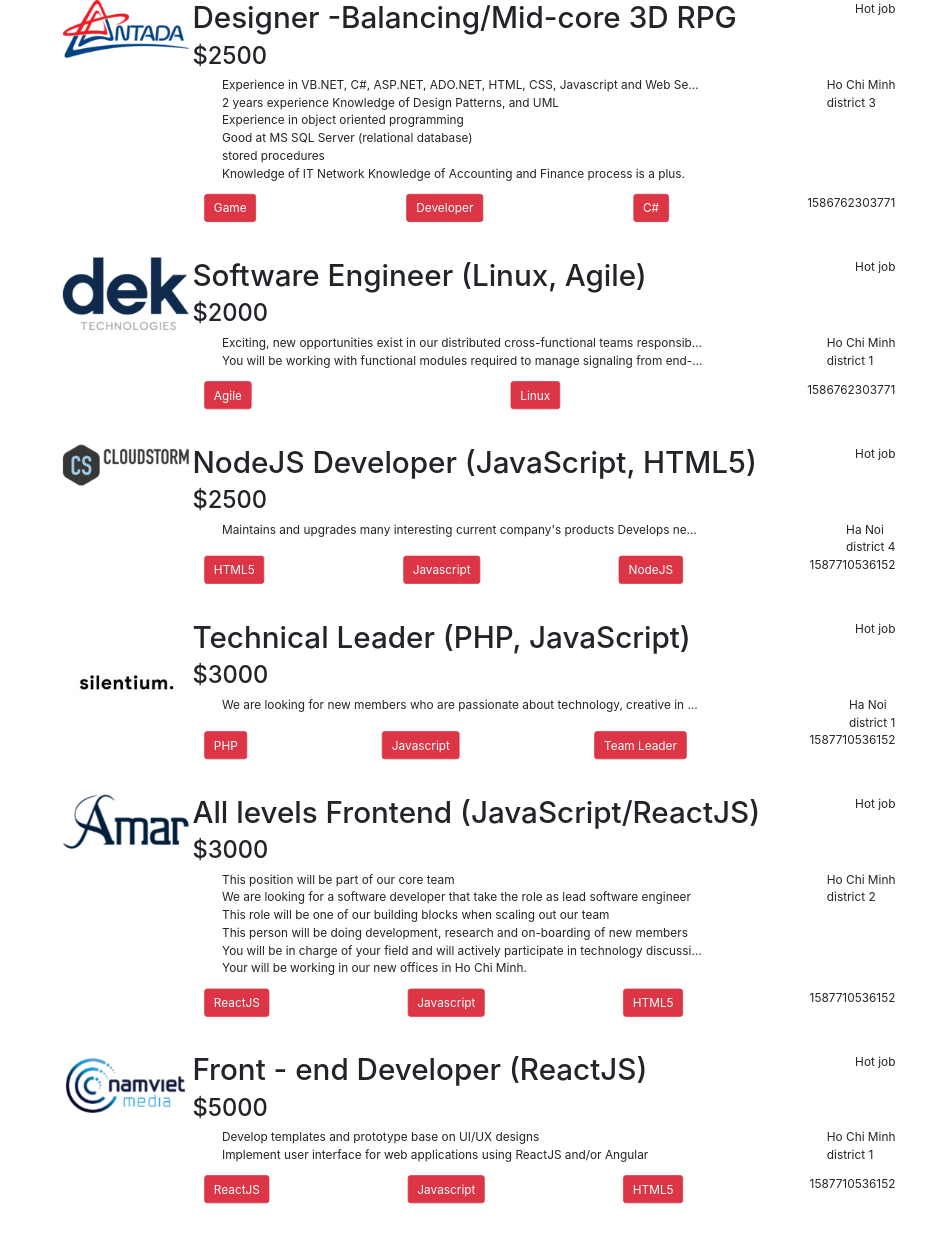
Repository: tts2610/itviec-clone
Page: /
These files come from the project's save history. The page is drawn as it stood at one moment and after the next save; the edit follows.
The browser window is 1280 px wide. The pictures show the whole page, at 74% of full size.
The project was rebuilt for these pictures with package versions that can differ from the ones it lists, and the page was loaded fresh each time. Requests to the local data server were answered from the project's data file. Also part of the build but not shown: src/pages/Login.js, src/pages/Detail.js.

Above is the page before, as saved 2020-06-08 15:35:39.

### public/index.html
<!DOCTYPE html>
<html lang="en">

<head>
    <meta charset="utf-8" />
    <link rel="icon" href="%PUBLIC_URL%/favicon.ico" />
    <meta name="viewport" content="width=device-width, initial-scale=1" />
    <meta name="theme-color" content="#000000" />
    <meta name="description" content="Web site created using create-react-app" />
    <link rel="apple-touch-icon" href="%PUBLIC_URL%/logo192.png" />
    <!--
      manifest.json provides metadata used when your web app is installed on a
      user's mobile device or desktop. See https://developers.google.com/web/fundamentals/web-app-manifest/
    -->
    <link rel="manifest" href="%PUBLIC_URL%/manifest.json" />
    <!--
      Notice the use of %PUBLIC_URL% in the tags above.
      It will be replaced with the URL of the `public` folder during the build.
      Only files inside the `public` folder can be referenced from the HTML.

      Unlike "/favicon.ico" or "favicon.ico", "%PUBLIC_URL%/favicon.ico" will
      work correctly both with client-side routing and a non-root public URL.
      Learn how to configure a non-root public URL by running `npm run build`.
    -->
    <title>React App</title>
    <link rel="stylesheet" crossorigin="anonymous" href="https://maxcdn.bootstrapcdn.com/bootstrap/4.3.1/css/bootstrap.min.css" integrity="sha384-ggOyR0iXCbMQv3Xipma34MD+dH/1fQ784/j6cY/iJTQUOhcWr7x9JvoRxT2MZw1T" />
</head>

<body>
    <noscript>You need to enable JavaScript to run this app.</noscript>
    <div id="root"></div>
    <!--
      This HTML file is a template.
      If you open it directly in the browser, you will see an empty page.

      You can add webfonts, meta tags, or analytics to this file.
      The build step will place the bundled scripts into the <body> tag.

      To begin the development, run `npm start` or `yarn start`.
      To create a production bundle, use `npm run build` or `yarn build`.
    -->
</body>

</html>

### src/App.js
import React, { useState } from "react";
import logo from "./logo.svg";
import "./App.css";
import "bootstrap/dist/css/bootstrap.min.css";
import { Switch, Route, Redirect } from "react-router-dom";
import Jobs from "./pages/Jobs";
import Login from "./pages/Login";
import Detail from "./pages/Detail";

function App() {
  const [user, setUser] = useState(true);
  const ProtectedRoute = (props) => {
    if (user === true) {
      return <Route {...props} />;
    } else {
      return <Redirect to="/login" />;
    }
  };
  return (
    <div>
      <Switch>
        <ProtectedRoute
          path="/jobs/:id"
          render={(props) => <Detail {...props} />}
          // component={Detail}
        />
        <Route path="/jobs/:id" component={Detail} />
        <Route path="/jobs" component={Jobs} />
        <Route path="/login" component={Login} />
        <Route path="/" component={Jobs} />
      </Switch>
    </div>
  );
}

export default App;

### src/App.css
.App {
    text-align: center;
}

.App-logo {
    height: 40vmin;
    pointer-events: none;
}

@media (prefers-reduced-motion: no-preference) {
    .App-logo {
        animation: App-logo-spin infinite 20s linear;
    }
}

.App-header {
    background-color: #282c34;
    min-height: 100vh;
    display: flex;
    flex-direction: column;
    align-items: center;
    justify-content: center;
    font-size: calc(10px + 2vmin);
    color: white;
}

.App-link {
    color: #61dafb;
}

@keyframes App-logo-spin {
    from {
        transform: rotate(0deg);
    }
    to {
        transform: rotate(360deg);
    }
}

.desRow div ul li {
    display: block;
    white-space: nowrap;
    width: 650px;
    overflow: hidden;
    text-overflow: ellipsis;
}

### src/pages/Jobs.js
import React, { Component } from "react";
import axios from "axios";
import { Row, Col, Button, Container } from "react-bootstrap";

export default class Jobs extends Component {
  state = {
    jobList: [],
  };
  componentDidMount() {
    axios.get("http://localhost:3001/jobs/").then((res) => {
      const jobs = res.data;
      this.setState({ jobList: jobs });
    });
  }
  render() {
    return (
      <div>
        <Container>
          {this.state.jobList.map((job, index) => {
            return (
              <Row key={index} className="mb-5">
                <Col sm={2}>
                  <img src={process.env.PUBLIC_URL + `${job.img}`} alt="" />
                </Col>
                <Col sm={10}>
                  <Row style={{ justifyContent: "space-between" }}>
                    <h1>{job.title}</h1>
                    <div>Hot job</div>
                  </Row>
                  <Row>
                    <h2>${job.salary}</h2>
                  </Row>
                  <Row
                    className="desRow"
                    style={{ justifyContent: "space-between" }}
                  >
                    <div>
                      <ul>
                        {job.description.split(". ").map((des, index) => {
                          return <li key={index}>{des}</li>;
                        })}
                      </ul>
                    </div>

                    <div>
                      <div>{job.city}</div>
                      <div>district {job.district}</div>
                    </div>
                  </Row>
                  <Row style={{ justifyContent: "space-between" }}>
                    {job.tags.map((tag, index) => (
                      <Button className="ml-3" key={index} variant="danger">
                        {tag}
                      </Button>
                    ))}
                    <div>{job.time}</div>
                  </Row>
                </Col>
              </Row>
            );
          })}
        </Container>
      </div>
    );
  }
}

### db.json
{
  "jobs": [
    {
      "id": 0,
      "img": "/images/Logo1.png",
      "title": "Designer -Balancing/Mid-core 3D RPG",
      "salary": "2500",
      "city": "Ho Chi Minh",
      "district": "3",
      "time": 1586762303771,
      "tags": [
        "Game",
        "Developer",
        "C#"
      ],
      "isHotjob":true,
      "benefits": [
        "Walfare",
        "Multiple game genres",
        "Promotion opportunities"
      ],
      "description": "Experience in VB.NET, C#, ASP.NET, ADO.NET, HTML, CSS, Javascript and Web Service. 2 years experience Knowledge of Design Patterns, and UML. Experience in object oriented programming. Good at MS SQL Server (relational database). stored procedures. Knowledge of IT Network Knowledge of Accounting and Finance process is a plus."
    },
    {
      "id": 1,
      "img": "/images/Logo2.png",
      "title": "Software Engineer (Linux, Agile)",
      "salary": 2000,
      "city": "Ho Chi Minh",
      "district": 1,
      "time": 1586762303771,
      "tags": [
        "Agile",
        "Linux"
      ],
      "isHotjob":false,
      "benefits": [
        "Attractive and competitive salary",
        "Training/work overseas",
        "Open and honest culture"
      ],
      "description": "Exciting, new opportunities exist in our distributed cross-functional teams responsible for a large-scale system from a world-leading company. You will be working with functional modules required to manage signaling from end-user equipment, allocating application servers, establishing emergency connections, protecting core network, securing and controlling communication with other networks"
    },
    {
      "id": 2,
      "img": "/images/Logo3.png",
      "title": "NodeJS Developer (JavaScript, HTML5)",
      "salary": 2500,
      "city": "Ha Noi",
      "district": 4,
      "time": 1587710536152,
      "tags": [
        "HTML5",
        "Javascript",
        "NodeJS"
      ],
      "isHotjob":true,
      "benefits": [
        "Salary up to $2500",
        "Awesome working environment",
        "Amazing products and people"
      ],
      "description": "Maintains and upgrades many interesting current company's products Develops new company's products on demand Cooperates with back-end development and QA"
    },
    {
      "id": 3,
      "img": "/images/Logo4.png",
      "title": "Technical Leader (PHP, JavaScript)",
      "salary": 3000,
      "city": "Ha Noi",
      "district": 1,
      "time": 1587710536152,
      "tags": [
        "PHP",
        "Javascript",
        "Team Leader"
      ],
      "isHotjob":true,
      "benefits": [
        "Working with Japanese experts",
        "15 annual leave days",
        "Trained in technical skills"
      ],
      "description": "We are looking for new members who are passionate about technology, creative in solving problems, and desire to develop the best products for the end"
    },
    {
      "id": 4,
      "img": "/images/Logo5.png",
      "title": "All levels Frontend (JavaScript/ReactJS)",
      "salary": 3000,
      "city": "Ho Chi Minh",
      "district": 2,
      "time": 1587710536152,
      "tags": [
        "ReactJS",
        "Javascript",
        "HTML5"
      ],
      "isHotjob":false,
      "benefits": [
        "Training Program",
        "Premium healthcare",
        "On-site short/long-term in US"
      ],
      "description": "This position will be part of our core team. We are looking for a software developer that  take the role as lead software engineer. This role will be one of our building blocks when scaling out our team. This person will be doing development, research and on-boarding of new members. You will be in charge of your field and will actively participate in technology discussions in various projects. Your will be working in our new offices in Ho Chi Minh."
    },
    {
      "id": 5,
      "img": "/images/Logo6.png",
      "title": "Front - end Developer (ReactJS)",
      "salary": 5000,
      "city": "Ho Chi Minh",
      "district": 1,
      "time": 1587710536152,
      "tags": [
        "ReactJS",
        "Javascript",
        "HTML5"
      ],
      "isHotjob":true,
      "benefits": [
        "Ownership and growth",
        "Attractive Stock Options",
        "On-site short/long-term in US"
      ],
      "description": "Develop templates and prototype base on UI/UX designs. Implement user interface for web applications using ReactJS and/or Angular"
    }
  ]
}

Loaded but not shown: src/index.js (common file); src/index.css (common file); src/serviceWorker.js (common file)

After the next save:
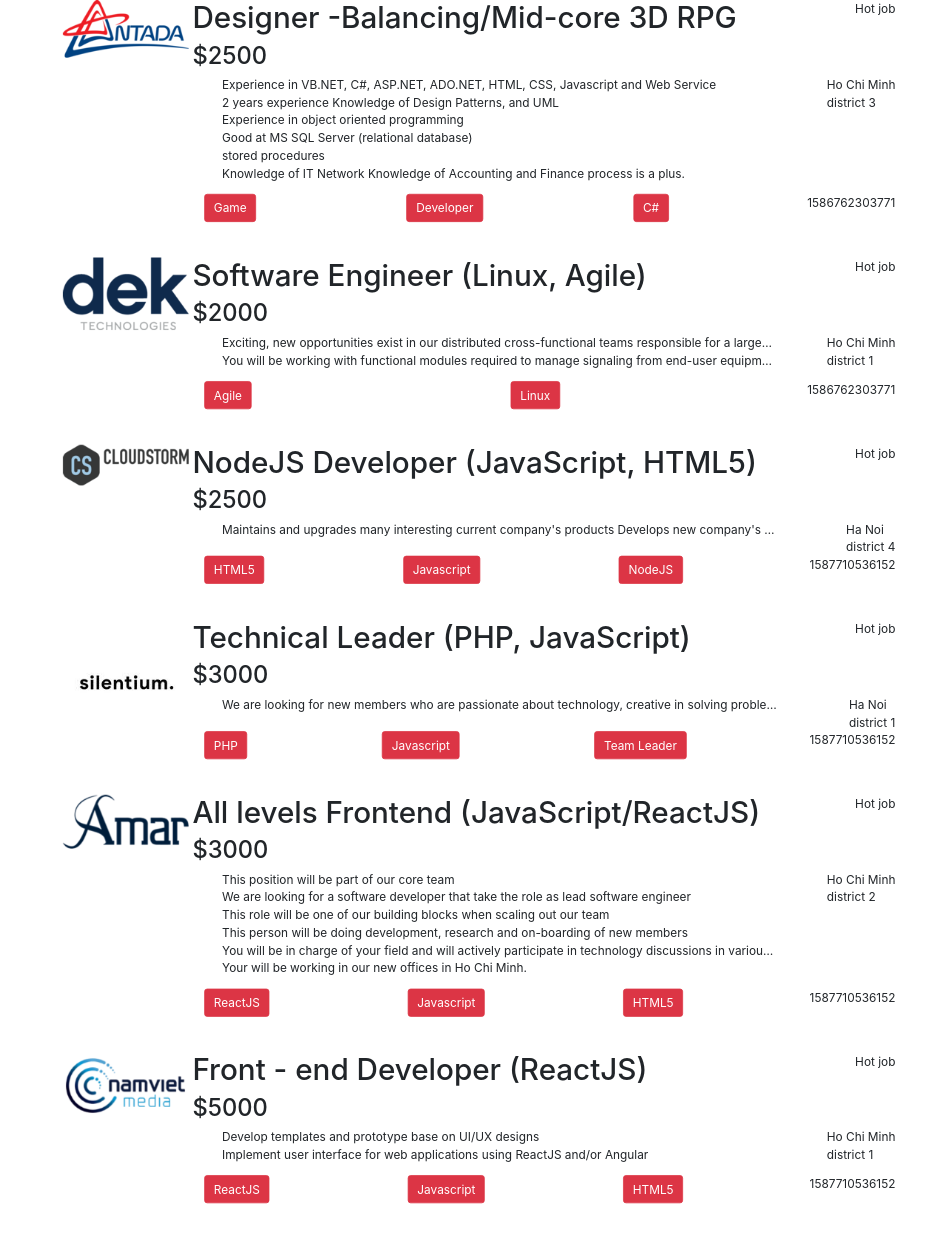
Saved 5 s later.
--- a/src/App.css
+++ b/src/App.css
@@ -40,7 +40,7 @@
 .desRow div ul li {
     display: block;
     white-space: nowrap;
-    width: 650px;
+    width: 750px;
     overflow: hidden;
     text-overflow: ellipsis;
 }
